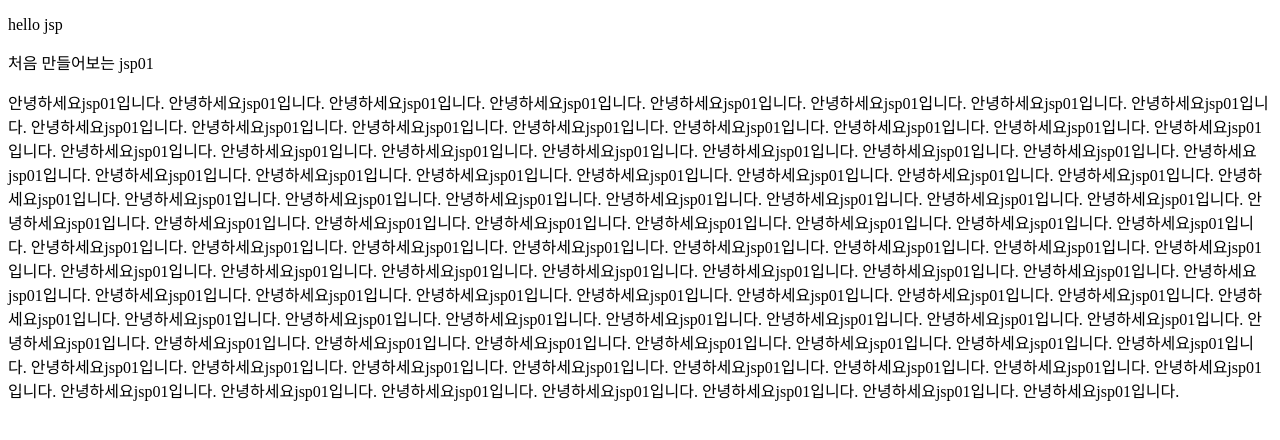
Repository: kimseunghyo/lecture-jsp
Page: http://localhost/jsp01/Hello.jsp
These files come from the project's save history. The page is drawn as it stood at one moment and after the next save; the edit follows.
The browser window is 1280 px wide. The pictures show the whole page.
The page is served by Tomcat 9. Other server files are loaded and not shown.

Above is the page before, as saved 2023-03-02 05:49:08.

### jsp01/src/main/webapp/Hello.jsp
<%@ page language="java" contentType="text/html; charset=UTF-8"
    pageEncoding="UTF-8"%>
    <%!
    String str01 = "jsp01";
    String str02 = "안녕하세요";
    %>
<!DOCTYPE html>
<html>
<head>
<meta charset="UTF-8">
<title>Insert title here</title>
</head>
<body>
	<p>hello jsp</p>
	<p>처음 만들어보는 <%= str01 %></p>
	<p>
		<%
			out.println(str02 + str01 + "입니다.");
		%>
		<%
			for(int i = 0; i < 100; i++) {
				out.println(str02 + str01 + "입니다.");
			}
		%>
	</p>
</body>
</html>

After the next save:
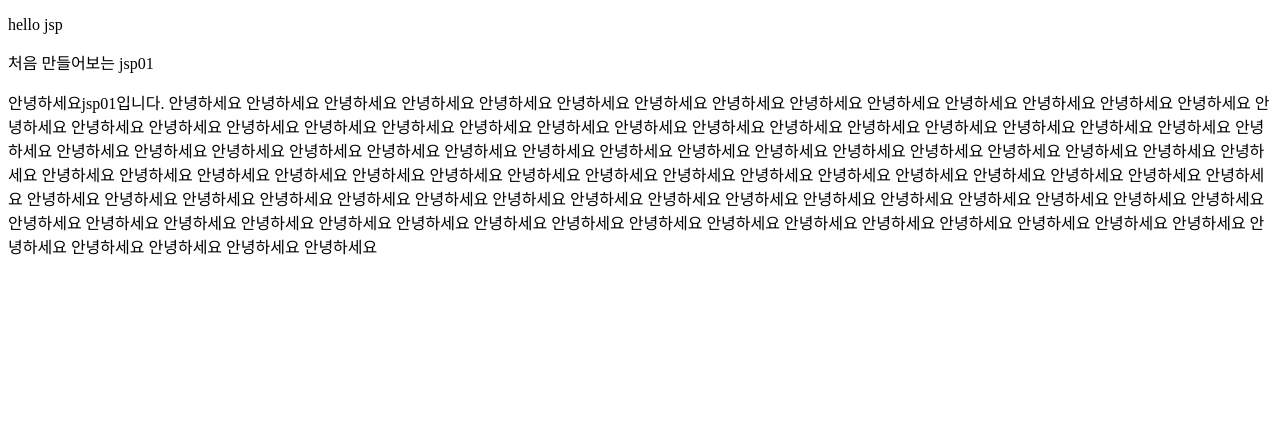
Saved 2 min 37 s later.
--- a/jsp01/src/main/webapp/Hello.jsp
+++ b/jsp01/src/main/webapp/Hello.jsp
@@ -19,7 +19,7 @@
 		%>
 		<%
 			for(int i = 0; i < 100; i++) {
-				out.println(str02 + str01 + "입니다.");
+				out.println("안녕하세요 \r\n");
 			}
 		%>
 	</p>
